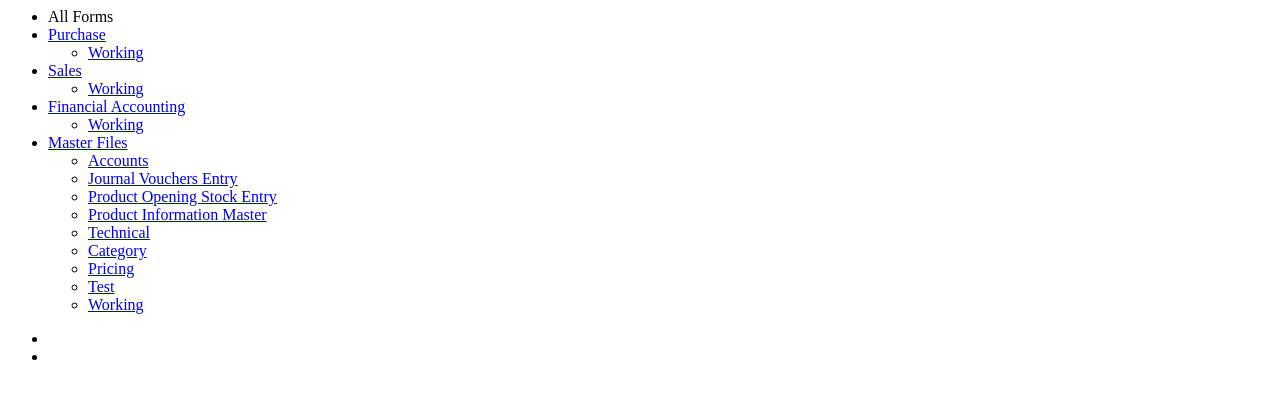
Repository: saiagro/saiagro
Page: http://localhost/AksharaWork/WEB-INF/views/menu.jsp
These files come from the project's save history. The page is drawn as it stood at one moment and after a run of saves; the edit follows.
The browser window is 1280 px wide. The pictures show the whole page.
The page is served by Tomcat 9. Nobody is signed in. Other server files are loaded and not shown. The template is opened directly, without the code that normally fills it, so the values that code supplies are empty.

Above is the page before, as saved 2017-01-03 15:36:02.

### AksharaWork/WebContent/WEB-INF/views/menu.jsp
<aside class="main-sidebar">
    <!-- sidebar: style can be found in sidebar.less -->
    <section class="sidebar">
      <!-- Sidebar Menu -->
      <ul class="sidebar-menu">
        <li class="header">All Forms</li>
        <!-- Optionally, you can add icons to the links -->
        <li class="treeview">
          <a href="#"><i class="glyphicon glyphicon-option-vertical"></i> <span>Purchase</span> <i class="fa fa-angle-left pull-right"></i></a>
          <ul class="treeview-menu">
            <li><a href="#">Working</a></li>
          </ul>
        </li>
        <li class="treeview">
          <a href="#"><i class="glyphicon glyphicon-option-vertical"></i> <span>Sales</span> <i class="fa fa-angle-left pull-right"></i></a>
          <ul class="treeview-menu">
            <li><a href="#">Working</a></li>
          </ul>
        </li>
        <li class="treeview">
          <a href="#"><i class="glyphicon glyphicon-option-vertical"></i> <span>Financial Accounting</span> <i class="fa fa-angle-left pull-right"></i></a>
          <ul class="treeview-menu">
            <li><a href="#">Working</a></li>
          </ul>
        </li>
        <li class="treeview">
          <a href="#"><i class="glyphicon glyphicon-option-vertical"></i> <span>Master Files</span> <i class="fa fa-angle-left pull-right"></i></a>
          <ul class="treeview-menu">
            <li><a href="accounts.html">Accounts</a></li>
            <li><a href="journalVouchersEntry.html">Journal Vouchers Entry</a></li>
            <li><a href="productOpeningStockEntry.html">Product Opening Stock Entry</a></li>
            <li><a href="productInformationMaster.html">Product Information Master</a></li>
            <li><a href="technical.html">Technical</a>
            <li><a href="catagory.html">Category</a>
            <li><a href="#">Pricing</a></li>
            <li><a href="#">Test</a></li>
            <li><a href="#">Working</a></li>
          </ul>
        </li>
      </ul>
      <!-- /.sidebar-menu -->
    </section>
    <!-- /.sidebar -->
  </aside>
  <!-- Control Sidebar -->
   <!-- Control Sidebar -->
  <aside class="control-sidebar control-sidebar-dark">
    <!-- Create the tabs -->
    <ul class="nav nav-tabs nav-justified control-sidebar-tabs">
      <li class="active"><a href="#control-sidebar-home-tab" data-toggle="tab"><i class="fa fa-home"></i></a></li>
      <li><a href="#control-sidebar-settings-tab" data-toggle="tab"><i class="fa fa-gears"></i></a></li>
    </ul>
    <!-- Tab panes -->
  </aside>
  <div class="control-sidebar-bg"></div>

After the next 2 saves:
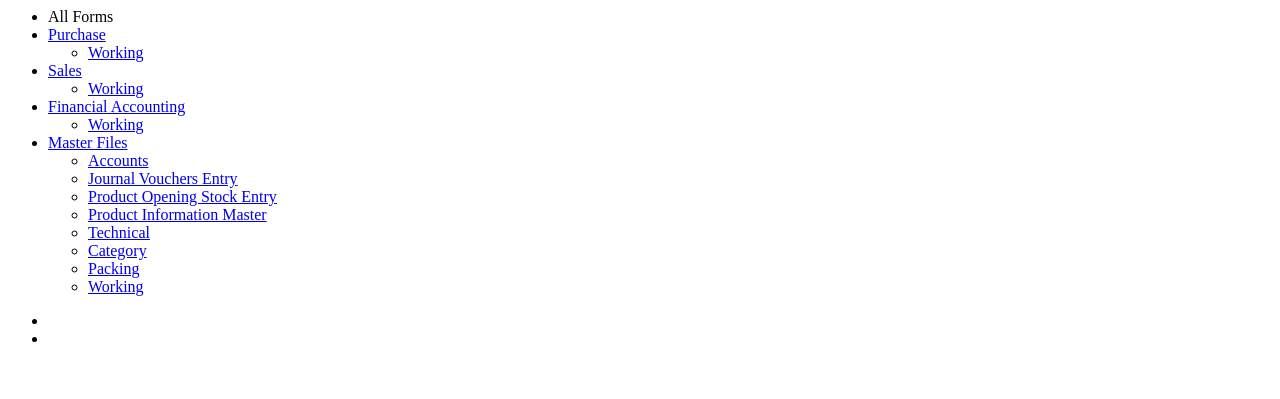
The 2 saves are shown as one change because they came seconds apart.
The last was saved 23 s later.
--- a/AksharaWork/WebContent/WEB-INF/views/menu.jsp
+++ b/AksharaWork/WebContent/WEB-INF/views/menu.jsp
@@ -32,8 +32,7 @@
             <li><a href="productInformationMaster.html">Product Information Master</a></li>
             <li><a href="technical.html">Technical</a>
             <li><a href="catagory.html">Category</a>
-            <li><a href="#">Pricing</a></li>
-            <li><a href="#">Test</a></li>
+            <li><a href="packing.html">Packing</a></li>
             <li><a href="#">Working</a></li>
           </ul>
         </li>
